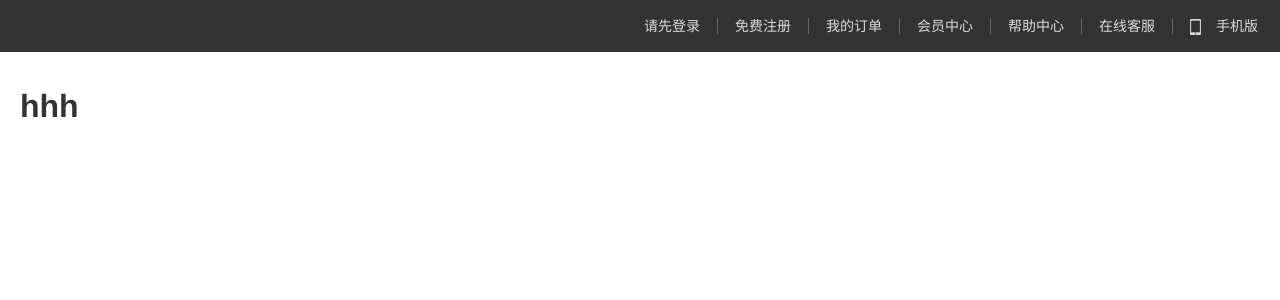
Repository: DengBiHua/xtx_pc_client
Page: index.html
These files come from the project's save history. The page is drawn as it stood at one moment and after the next save; the edit follows.
The browser window is 1280 px wide. The pictures show the whole page.

Above is the page before, as saved 2022-04-16 10:58:25.

After the next save:
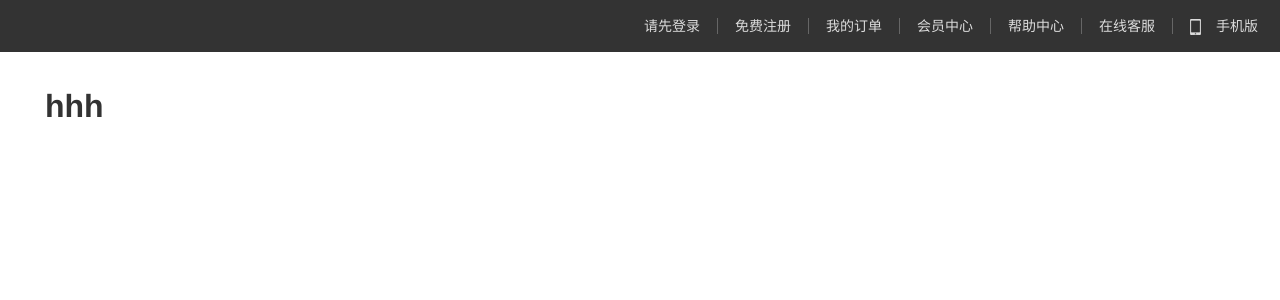
Saved 2 min 33 s later.
--- a/css/common.css
+++ b/css/common.css
@@ -48,8 +48,8 @@
     height: 70px;
 }
 
-.logo {
-
+.logo a {
+    padding: 0 16px 0 25px;
 }
 
 .menu {
